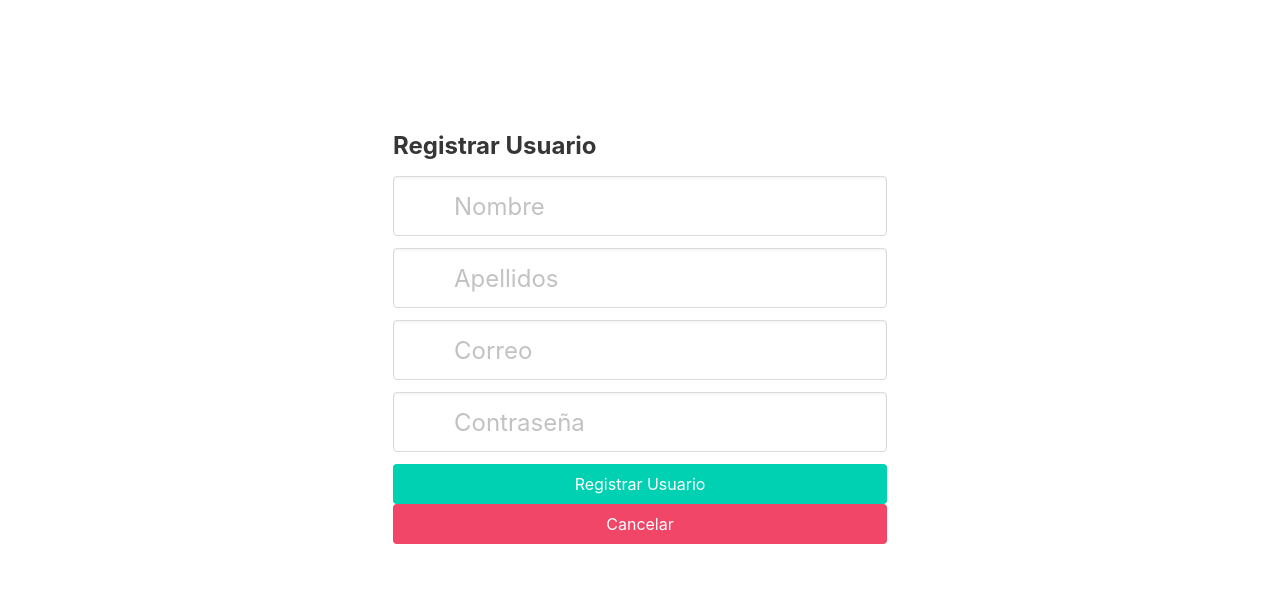
Repository: Spawnbig/ProyectoEspTec1
Page: /
An editor plug-in stored every save of this project. The page is shown before and after a run of saves, followed by the edit.
The browser window is 1280 px wide. The pictures show the whole page.
The project was rebuilt for these pictures with package versions that can differ from the ones it lists, and the page was loaded fresh each time. Also part of the build but not shown: vite.config.js, src/views/Dashboard.vue.

Above is the page before, as saved 2022-07-08 21:59:18.

After the next 2 saves:
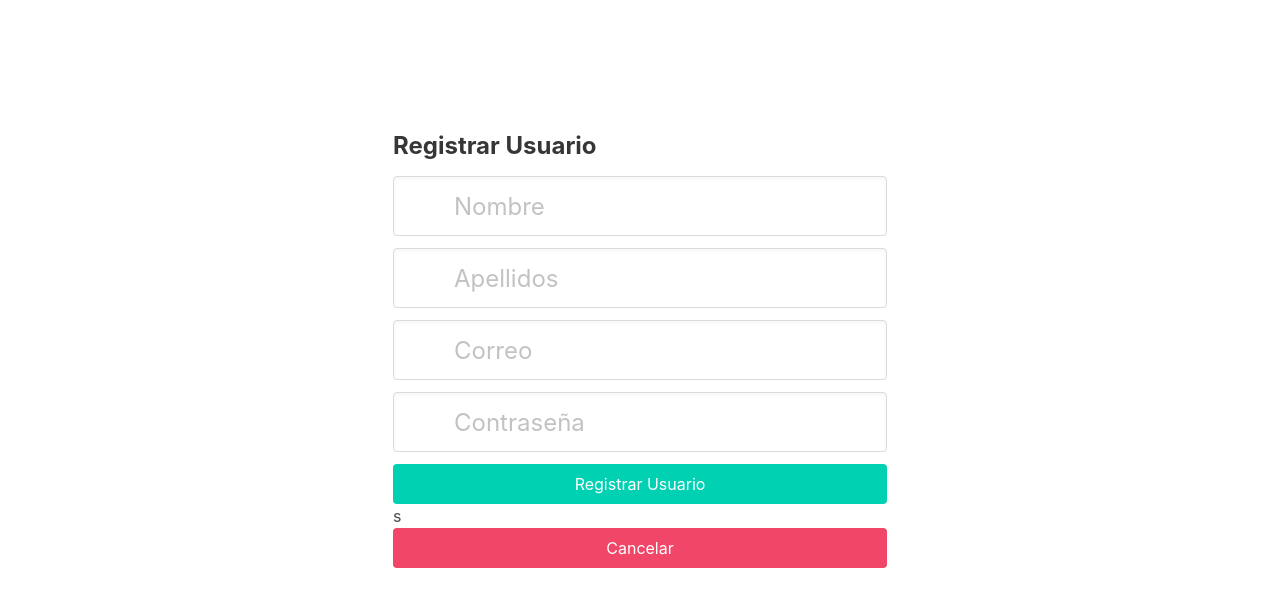
The 2 saves are shown as one change because they came seconds apart.
The last was saved 20 s later.
--- a/src/components/CrearUsuario.vue
+++ b/src/components/CrearUsuario.vue
@@ -49,7 +49,7 @@
   </div>
 </div>
 <button class="button is-primary">Registrar Usuario</button>
-<div> </div>
+<h1> s</h1>
  <button class="button is-danger">Cancelar</button>
 </div>
 

After the save that followed:
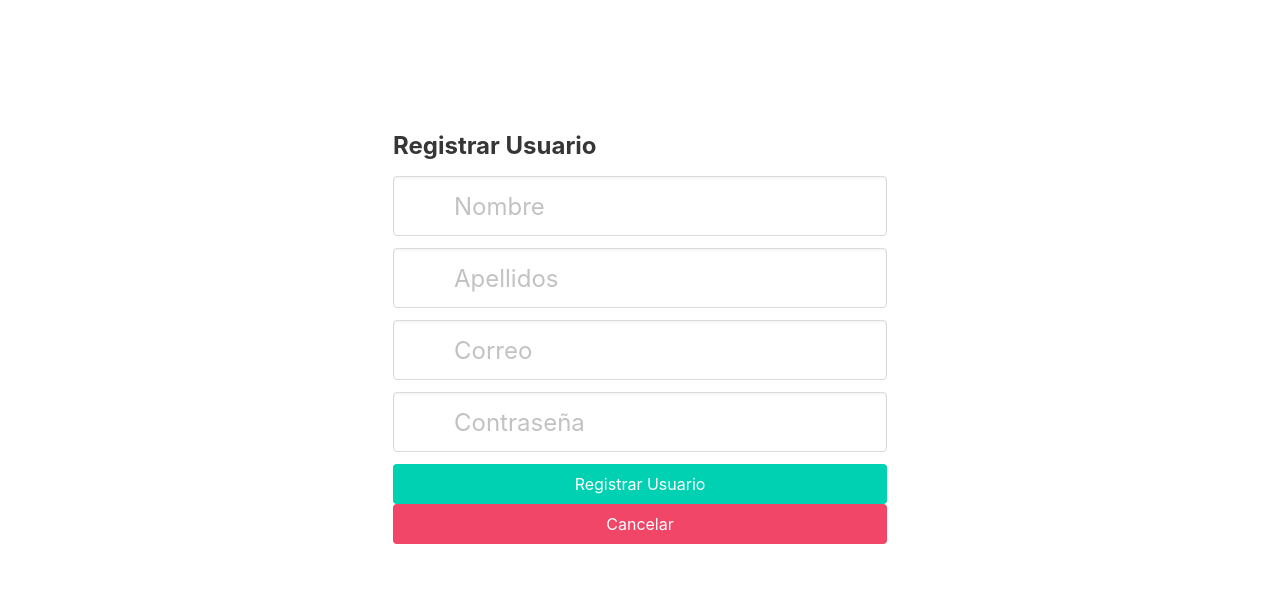
Saved 4 s later.
--- a/src/components/CrearUsuario.vue
+++ b/src/components/CrearUsuario.vue
@@ -49,7 +49,7 @@
   </div>
 </div>
 <button class="button is-primary">Registrar Usuario</button>
-<h1> s</h1>
+<h1> </h1>
  <button class="button is-danger">Cancelar</button>
 </div>
 
